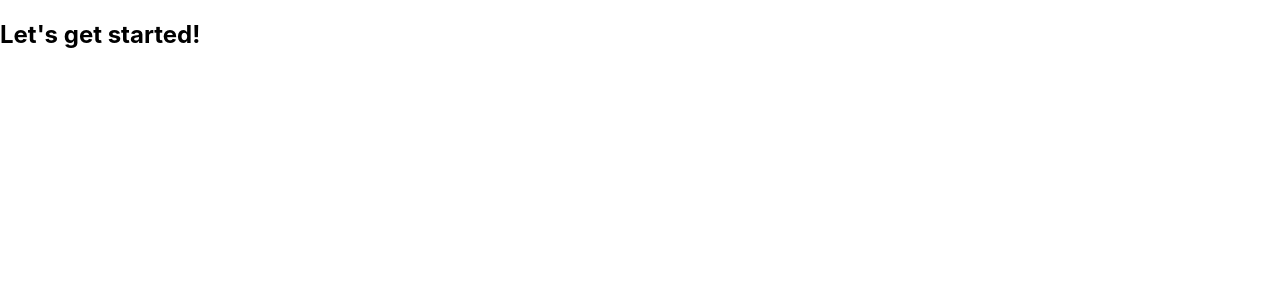
Repository: andresmazza/react-lesson
Page: /
These files come from the project's save history. The page is drawn as it stood at one moment and after the next save; the edit follows.
The browser window is 1280 px wide. The pictures show the whole page.
The project was rebuilt for these pictures with package versions that can differ from the ones it lists, and the page was loaded fresh each time. Also part of the build but not shown: src/App.css.

Above is the page before, as saved 2023-04-07 22:23:28.

### src/App.js
import logo from './logo.svg';
import './App.css';
import ExpenseItem from './components/ExpenseItem';
function App() {
  return (
    <div>
      <h2>Let's get started!</h2>
    </div>
  );
}

export default App;

### src/components/ExpenseItem.js

function ExpenseItem() {
    return (
      <div>
        <h2>Expese Item</h2>
      </div>
    );
  }

export default ExpenseItem;

Loaded but not shown: public/index.html (common file); src/index.js (common file); src/index.css (common file); src/reportWebVitals.js (common file)

After the next save:
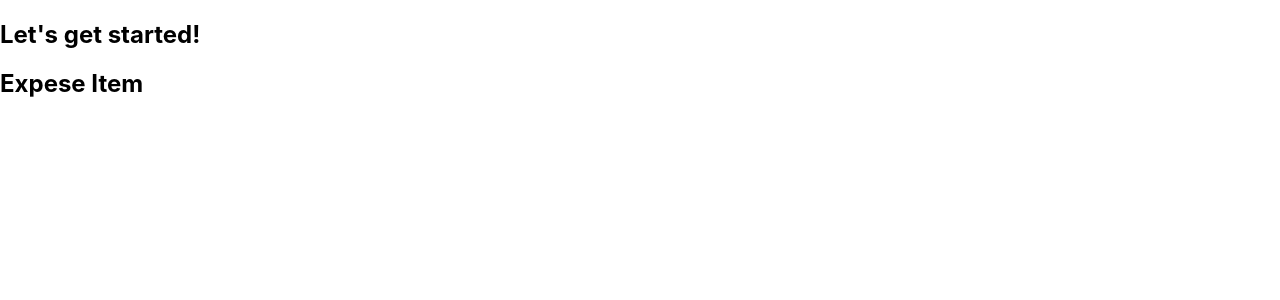
Saved 10 s later.
--- a/src/App.js
+++ b/src/App.js
@@ -5,6 +5,7 @@ function App() {
   return (
     <div>
       <h2>Let's get started!</h2>
+      <ExpenseItem></ExpenseItem>
     </div>
   );
 }
